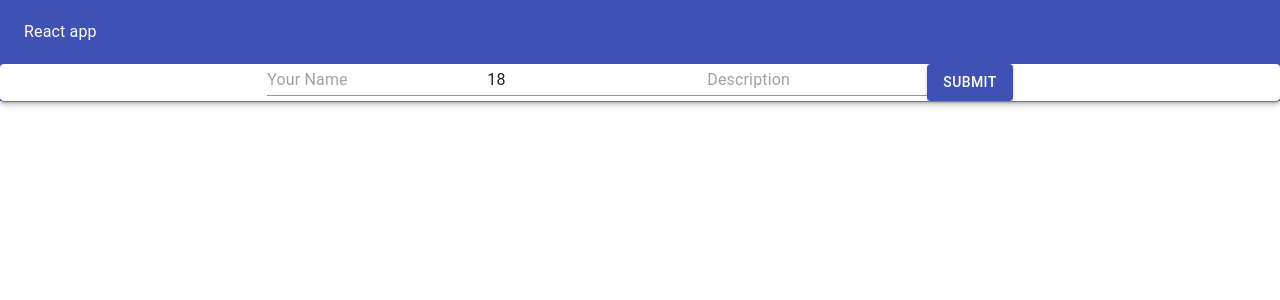
Repository: SD-Mdouka/project_step
Page: /
These files come from the project's save history. The page is drawn as it stood at one moment and after a run of saves; the edit follows.
The browser window is 1280 px wide. The pictures show the whole page.
The project was rebuilt for these pictures with package versions that can differ from the ones it lists, and the page was loaded fresh each time.

Above is the page before, as saved 2022-08-31 16:59:25.

### src/index.js
import React from "react";
import ReactDOM from "react-dom/client";
import "./index.css";
import App from "./App";
import { AppBar, Toolbar, Typography } from "@material-ui/core";

const root = ReactDOM.createRoot(document.getElementById("root"));
root.render(
  <React.StrictMode>
    <AppBar>
      <Toolbar>
        <Typography varient="h6">React app</Typography>
      </Toolbar>
      <App />
    </AppBar>
  </React.StrictMode>
);

### src/App.js
import { Button, Card, Container, TextField, Box } from "@material-ui/core";
import { Field, Formik, Form } from "formik";
import * as Yup from "yup";
import "./App.css";

function App() {
  return (
    <div className="App">
      <Card>
        <Container>
          <Formik
            initialValues={{ name: "", age: 18, description: "" }}
            validationSchema={Yup.object().shape({
              name: Yup.string().required("Name is required"),
              age: Yup.number().required("Age is required").min(18, "only +18"),
              description: Yup.string().min(10),
            })}
            onSubmit={(values, { setSubmitting }) => {
              setTimeout(() => {
                alert(JSON.stringify(values, null, 2));
                setSubmitting(false);
              }, 400);
            }}
          >
            {({
              values,
              errors,
              touched,
              handleChange,
              handleBlur,
              handleSubmit,
              isSubmitting,
              /* and other goodies */
            }) => (
              <Form onSubmit={handleSubmit}>
                <FormStps isSubmitting={isSubmitting}>
                  <Field
                    type="text"
                    name="name"
                    id="name"
                    onChange={handleChange}
                    onBlur={handleBlur}
                    value={values.name}
                    placeholder="Your Name"
                    component={TextField}
                    error={errors.name ? true : false}
                    helperText={errors.name && errors.name}
                  />

                  <Field
                    type="number"
                    name="age"
                    id="age"
                    onChange={handleChange}
                    onBlur={handleBlur}
                    value={values.age}
                    placeholder="Your age"
                    component={TextField}
                    error={errors.age ? true : false}
                    helperText={errors.age && errors.age}
                  />
                  <Field
                    type="text"
                    name="description"
                    id="description"
                    onChange={handleChange}
                    onBlur={handleBlur}
                    value={values.description}
                    placeholder="Description"
                    component={TextField}
                    error={errors.description ? true : false}
                    helperText={errors.description && errors.description}
                  />
                </FormStps>
              </Form>
            )}
          </Formik>
        </Container>
      </Card>
    </div>
  );
}
const FormStps = (props) => {
  return (
    <>
      {props.children}
      <Button
        type="submit"
        disabled={props.isSubmitting}
        variant="contained"
        color="primary"
      >
        Submit
      </Button>
    </>
  );
};
export default App;

Loaded but not shown: public/index.html (common file); src/index.css (common file); src/App.css (common file)

After the next 3 saves:
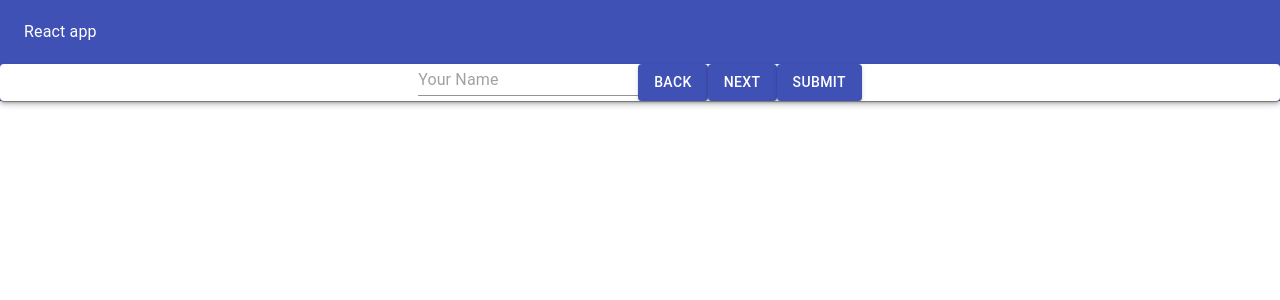
The 3 saves are shown as one change because 2 did not build or start.
The last was saved 12 min 20 s later.
--- a/src/App.js
+++ b/src/App.js
@@ -1,5 +1,6 @@
 import { Button, Card, Container, TextField, Box } from "@material-ui/core";
 import { Field, Formik, Form } from "formik";
+import React, { useState } from "react";
 import * as Yup from "yup";
 import "./App.css";
 
@@ -81,9 +82,33 @@ function App() {
   );
 }
 const FormStps = (props) => {
+  const childrenArr = React.Children.toArray(props.children);
+  const [step, setStep] = useState(1);
+  const goBack = () => {
+    setStep(step - 1);
+  };
+  const goNext = () => {
+    setStep(step + 1);
+  };
   return (
     <>
-      {props.children}
+      {childrenArr[step - 1]}
+      <Button
+        disabled={props.isSubmitting}
+        variant="contained"
+        color="primary"
+        onClick={goBack}
+      >
+        Back
+      </Button>
+      <Button
+        disabled={props.isSubmitting}
+        variant="contained"
+        color="primary"
+        onClick={goNext}
+      >
+        Next
+      </Button>
       <Button
         type="submit"
         disabled={props.isSubmitting}
